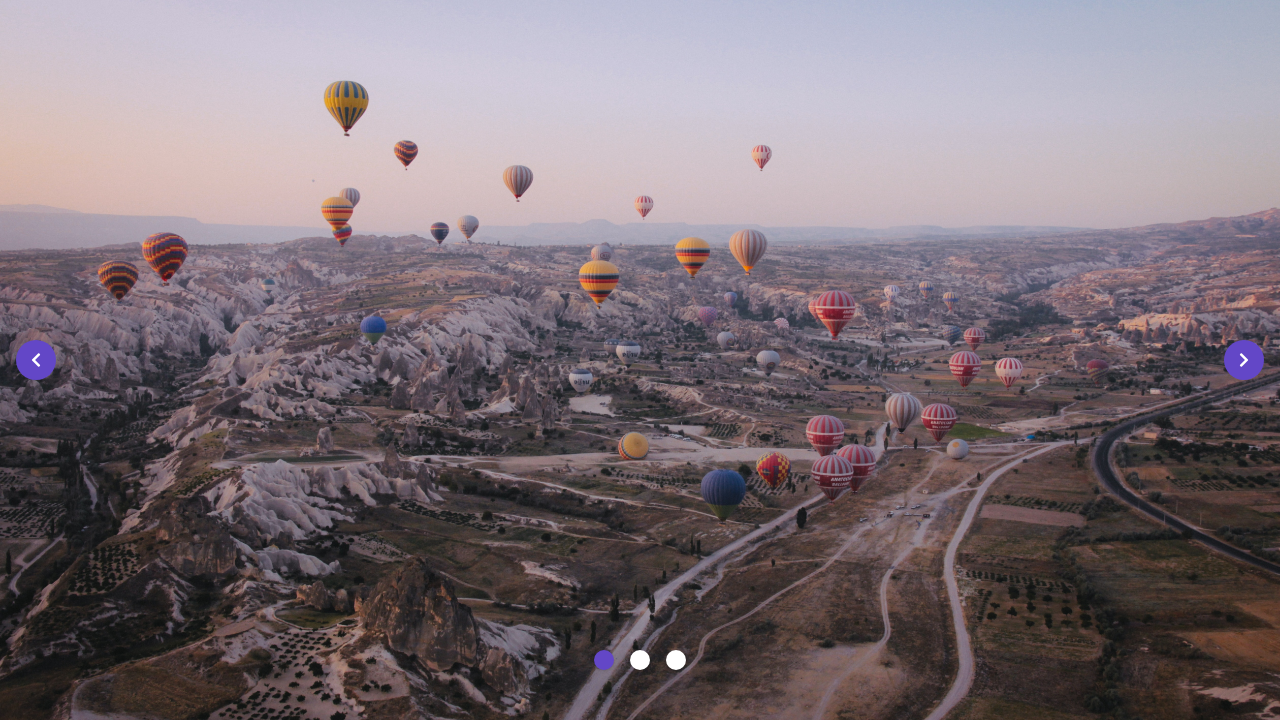
Repository: tomas938/vue-3-carousel-main
Page: /
These files come from the project's save history. The page is drawn as it stood at one moment and after the next save; the edit follows.
The browser window is 1280 px wide. The pictures show the whole page.
The project was rebuilt for these pictures with package versions that can differ from the ones it lists, and the page was loaded fresh each time.

Above is the page before, as saved 2021-07-28 12:20:10.

### public/index.html
<!DOCTYPE html>
<html lang="">
  <head>
    <meta charset="utf-8" />
    <meta http-equiv="X-UA-Compatible" content="IE=edge" />
    <meta name="viewport" content="width=device-width,initial-scale=1.0" />
    <link rel="icon" href="<%= BASE_URL %>favicon.ico" />
    <link
      rel="stylesheet"
      href="https://cdnjs.cloudflare.com/ajax/libs/font-awesome/5.15.3/css/all.min.css"
      integrity="sha512-iBBXm8fW90+nuLcSKlbmrPcLa0OT92xO1BIsZ+ywDWZCvqsWgccV3gFoRBv0z+8dLJgyAHIhR35VZc2oM/gI1w=="
      crossorigin="anonymous"
      referrerpolicy="no-referrer"
    />
    <title><%= htmlWebpackPlugin.options.title %></title>
  </head>
  <body>
    <noscript>
      <strong
        >We're sorry but <%= htmlWebpackPlugin.options.title %> doesn't work properly
        without JavaScript enabled. Please enable it to continue.</strong
      >
    </noscript>
    <div id="app"></div>
    <!-- built files will be auto injected -->
  </body>
</html>

### src/App.vue
<template>
  <router-view />
</template>

<style lang="scss">
* {
  margin: 0;
  padding: 0;
  box-sizing: border-box;
}
</style>

### src/views/Home.vue
<template>
	<div class="home">
		<Carousel
			:navigation="true"
			:pagination="true"
			:startAutoPlay="false"
			:timeout="5000"
			class="carousel"
			v-slot="{ currentSlide }"
		>
			<Slide v-for="(slide, index) in carouselSlides" :key="index">
				<div v-show="currentSlide === index + 1" class="slide-info">
					<img :src="require(`../assets/${slide}.jpg`)" alt="" />
				</div>
			</Slide>
		</Carousel>
	</div>
</template>

<script>
import Carousel from "../components/Carousel.vue";
import Slide from "../components/Slide.vue";

export default {
	name: "Home",
	components: { Carousel, Slide },
	setup() {
		const carouselSlides = ["bg-1", "bg-2", "bg-3"];

		return { carouselSlides };
	},
};
</script>

<style lang="scss" scoped>
.carousel {
	position: relative;
	max-height: 100vh;
	height: 100vh;

	.slide-info {
		position: absolute;
		top: 0;
		left: 0;
		width: 100%;
		max-height: 100%;
		height: 100%;
		overflow: hidden;
		img {
			min-width: 100%;
			height: 100%;
			object-fit: cover;
		}
	}
}
</style>

### src/components/Carousel.vue
<template>
	<div class="carousel">
		<slot :currentSlide="currentSlide" />

		<!-- Navigation -->
		<div v-if="navEnabled" class="navigate">
			<div class="toggle-page left">
				<i @click="prevSlide" class="fas fa-chevron-left"></i>
			</div>
			<div class="toggle-page right">
				<i @click="nextSlide" class="fas fa-chevron-right"></i>
			</div>
		</div>

		<!-- Pagination -->
		<div v-if="pagintationEnabled" class="pagination">
			<span
				@click="goToSlide(index)"
				v-for="(slide, index) in getSlideCount"
				:key="index"
				:class="{ active: index + 1 === currentSlide }"
			>
			</span>
		</div>
	</div>
</template>

<script>
import { ref, onMounted } from "vue";
export default {
	props: ["startAutoPlay", "timeout", "navigation", "pagination"],
	setup(props) {
		const currentSlide = ref(1);
		const getSlideCount = ref(null);
		const autoPlayEnabled = ref(
			props.startAutoPlay === undefined ? true : props.startAutoPlay
		);
		const timeoutDuration = ref(
			props.timeout === undefined ? 5000 : props.timeout
		);
		const pagintationEnabled = ref(
			props.pagination === undefined ? true : props.pagination
		);
		const navEnabled = ref(
			props.navigation === undefined ? true : props.navigation
		);

		// next slide
		const nextSlide = () => {
			if (currentSlide.value === getSlideCount.value) {
				currentSlide.value = 1;
				return;
			}
			currentSlide.value += 1;
		};

		// prev slide
		const prevSlide = () => {
			if (currentSlide.value === 1) {
				currentSlide.value = getSlideCount.value;
				return;
			}
			currentSlide.value -= 1;
		};

		const goToSlide = (index) => {
			currentSlide.value = index + 1;
		};

		// autoplay
		const autoPlay = () => {
			setInterval(() => {
				nextSlide();
			}, timeoutDuration.value);
		};

		if (autoPlayEnabled.value) {
			autoPlay();
		}

		onMounted(() => {
			getSlideCount.value = document.querySelectorAll(".slide").length;
		});

		return {
			currentSlide,
			nextSlide,
			prevSlide,
			getSlideCount,
			goToSlide,
			pagintationEnabled,
			navEnabled,
		};
	},
};
</script>

<style lang="scss">
.navigate {
	padding: 0 16px;
	height: 100%;
	width: 100%;
	position: absolute;
	display: flex;
	justify-content: space-between;
	align-items: center;

	i {
		cursor: pointer;
		display: flex;
		align-items: center;
		justify-content: center;
		border-radius: 50%;
		width: 40px;
		height: 40px;
		background-color: #6347c7;
		color: #fff;
	}
}

.pagination {
	position: absolute;
	bottom: 50px;
	width: 100%;
	display: flex;
	gap: 16px;
	justify-content: center;
	align-items: center;

	span {
		cursor: pointer;
		width: 20px;
		height: 20px;
		border-radius: 50%;
		background-color: #fff;
		box-shadow: 0 1px 3px 0 rgba(0, 0, 0, 0.1), 0 1px 2px 0 rgba(0, 0, 0, 0.06);
	}

	.active {
		background-color: #6347c7;
	}
}
</style>

### src/components/Slide.vue
<template>
  <div class="slide">
    <transition name="slide">
      <slot />
    </transition>
  </div>
</template>

<script>
export default {};
</script>

<style lang="scss">
.slide-enter-active,
.slide-leave-active {
  transition: opacity 0.7s ease-in-out;
}

.slide-enter-from,
.slide-leave-to {
  opacity: 0;
}

.slide-enter-to,
.slide-leave-from {
  opacity: 1;
}
</style>

Loaded but not shown: src/main.js (common file); src/router/index.js (common file)

After the next save:
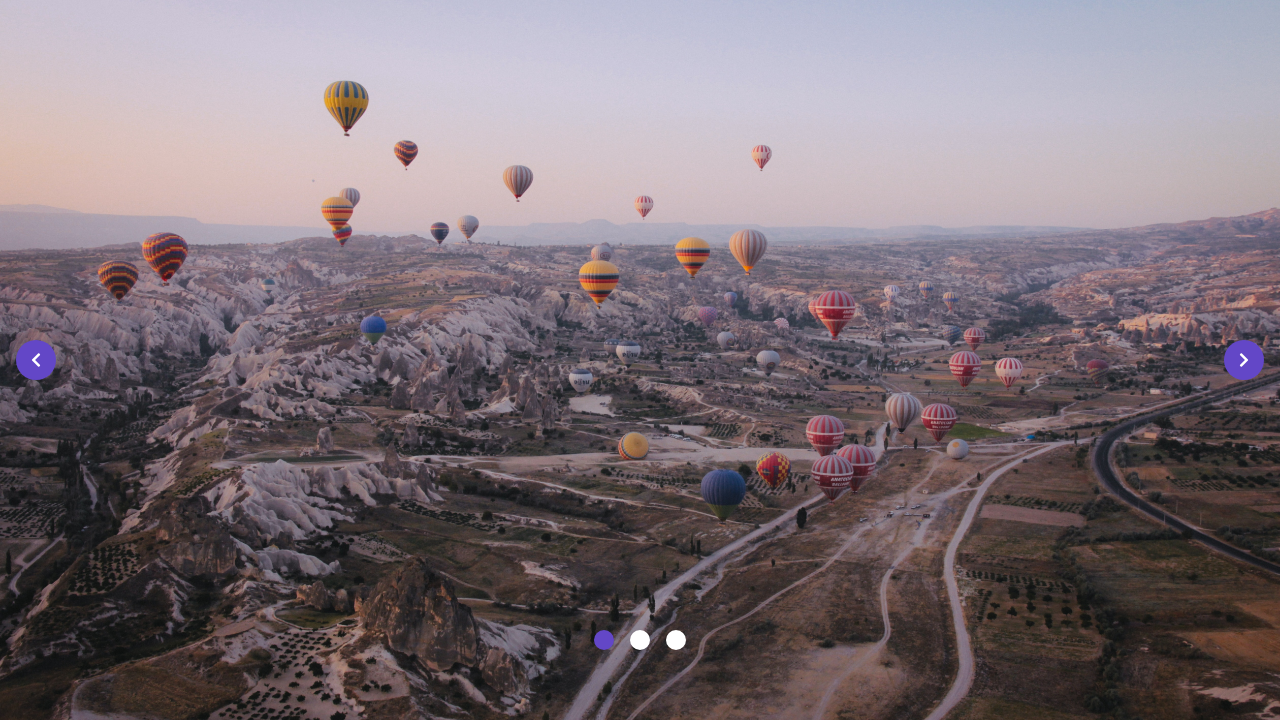
Saved 2 min 3 s later.
--- a/src/components/Carousel.vue
+++ b/src/components/Carousel.vue
@@ -120,7 +120,7 @@ export default {
 
 .pagination {
 	position: absolute;
-	bottom: 50px;
+	bottom: 70px;
 	width: 100%;
 	display: flex;
 	gap: 16px;
